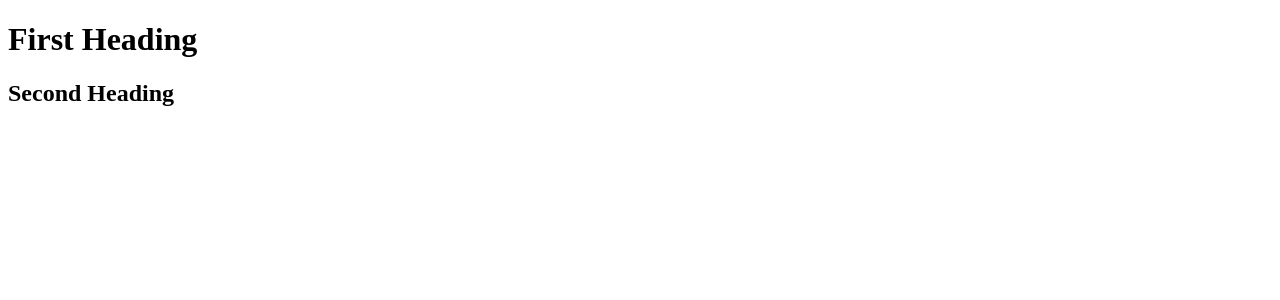
Repository: GAUTAM2349/NamasteReact
Page: index.html
The author's editor kept a copy of each file at every save. The page is drawn from the files as they stood at one save, then again after a run of saves.
The browser window is 1280 px wide. The pictures show the whole page.

Above is the page before, as saved 2024-01-05 01:19:35.

After the next 2 saves:
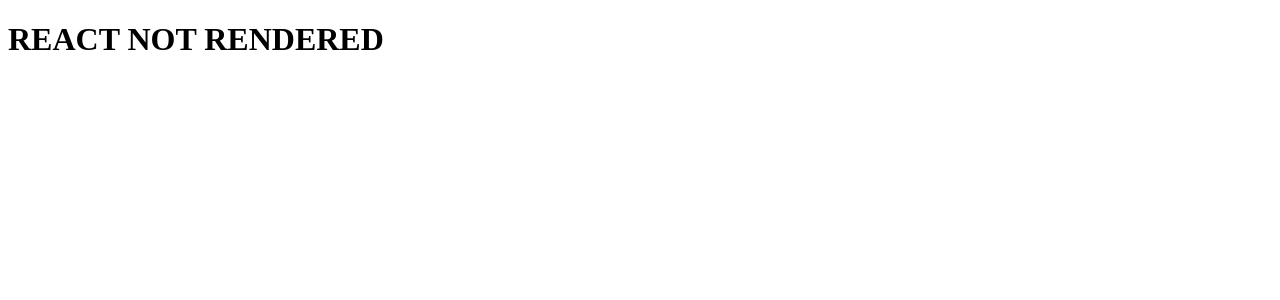
Console error (its wording comes from the project's code and is left out).
The 2 saves are shown as one change because they came seconds apart.
The last was saved 71 s later.
--- a/index.html
+++ b/index.html
@@ -5,13 +5,6 @@
     <meta name="viewport" content="width=device-width, initial-scale=1.0" />
     <title>Namaste React</title>
 
-
-
-  </head>
-  <body>
-    <div class="root" id="root">
-      <h1>REACT NOT RENDERED</h1>
-    </div>
     <script
     crossorigin
     src="https://unpkg.com/react@18/umd/react.development.js"
@@ -22,5 +15,12 @@
   ></script>
 
   <script src="app.js"></script>
+
+  </head>
+  <body>
+    <div class="root" id="root">
+      <h1>REACT NOT RENDERED</h1>
+    </div>
+
   </body>
 </html>

After the 2 saves that followed:
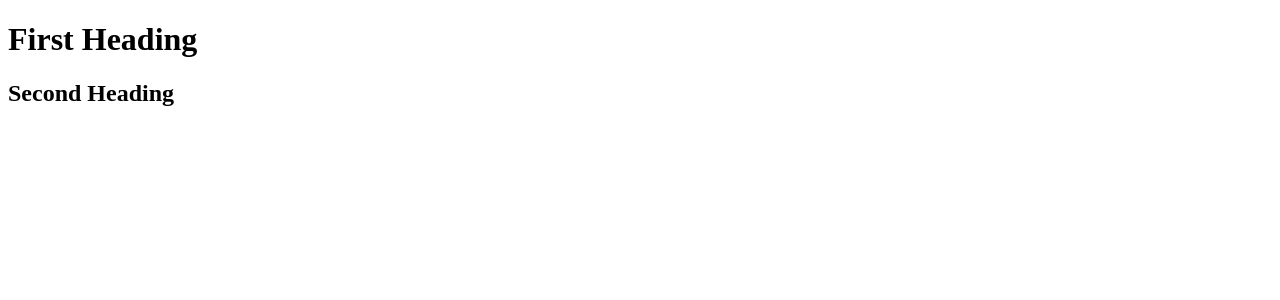
The error is gone.
The 2 saves are shown as one change because they came seconds apart.
The last was saved 6 s later.
--- a/index.html
+++ b/index.html
@@ -5,6 +5,13 @@
     <meta name="viewport" content="width=device-width, initial-scale=1.0" />
     <title>Namaste React</title>
 
+
+
+  </head>
+  <body>
+    <div class="root" id="root">
+      <h1>REACT NOT RENDERED</h1>
+    </div>
     <script
     crossorigin
     src="https://unpkg.com/react@18/umd/react.development.js"
@@ -15,12 +22,5 @@
   ></script>
 
   <script src="app.js"></script>
-
-  </head>
-  <body>
-    <div class="root" id="root">
-      <h1>REACT NOT RENDERED</h1>
-    </div>
-
   </body>
 </html>
